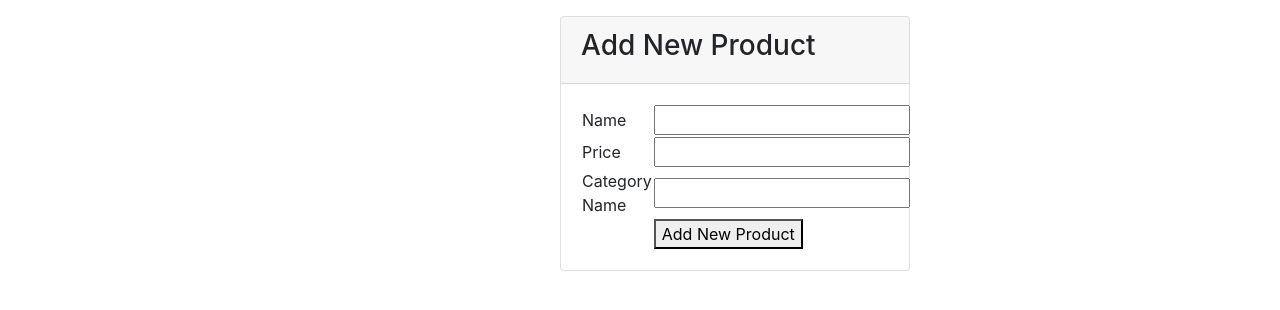
Repository: HsuMon123/Testing-Java-EE
Page: http://localhost/04-jsp-java-bean/
The author's editor kept a copy of each file at every save. The page is drawn from the files as they stood at one save, then again after the next save.
The browser window is 1280 px wide. The pictures show the whole page.
The page is served by Tomcat 9.

Above is the page before, as saved 2020-12-17 11:59:34.

After the next save:
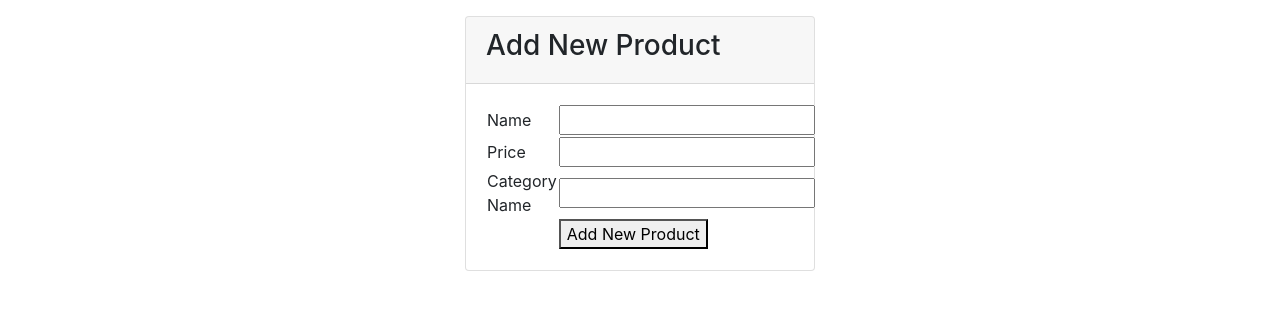
Saved 9 s later.
--- a/04-jsp-java-bean/src/main/webapp/index.jsp
+++ b/04-jsp-java-bean/src/main/webapp/index.jsp
@@ -14,7 +14,7 @@
 
 	<div class="container">
 		<div class="row mt-3">
-			<div class="col-4 offset-5">
+			<div class="col-4 offset-4">
 				<div class="card">
 				<div class="card-header">
 					<h3>Add New Product</h3>
